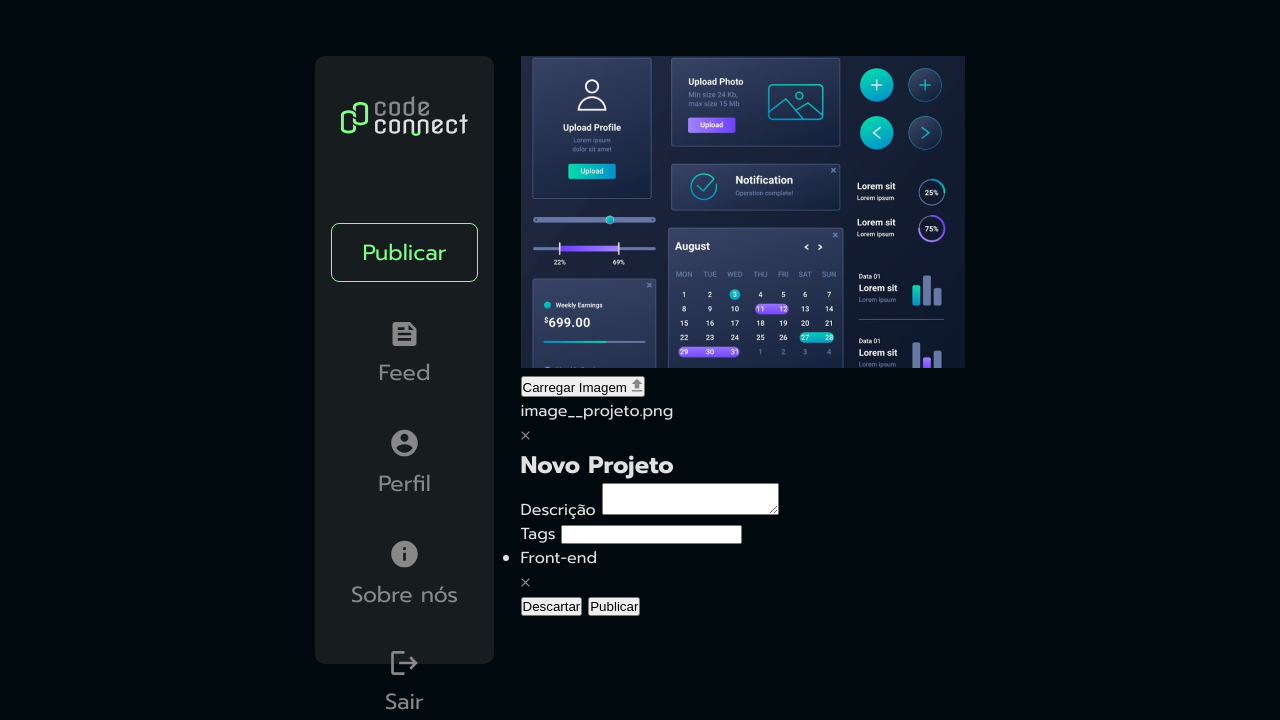
Repository: joaoPraiaJunior/async_await
Page: index.html
An editor plug-in stored every save of this project. The page is shown before and after the next save, followed by the edit.
The browser window is 1280 px wide. The pictures show the whole page.

Above is the page before, as saved 2024-08-24 19:09:10.

After the next save:
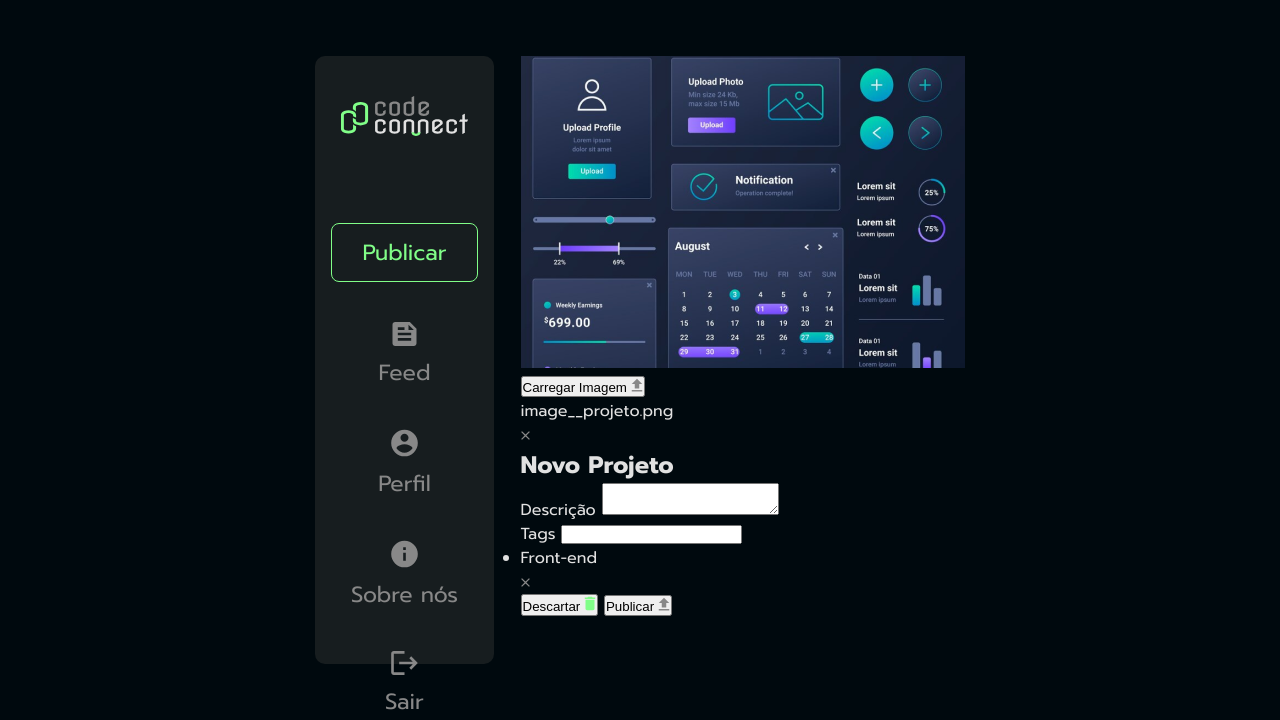
Saved 2 min 37 s later.
--- a/index.html
+++ b/index.html
@@ -63,8 +63,8 @@
                 </ul>
 
                 <div class="c-formulario__grupo">
-                    <button class="c-formulario__botao">Descartar</button>
-                    <button class="c-formulario__botao">Publicar</button>
+                    <button class="c-formulario__botao">Descartar <img src="./img/trash.svg" aria-hidden="true" alt></button>
+                    <button class="c-formulario__botao">Publicar <img src="./img/upload.svg" aria-hidden="true" alt></button>
                 </div>
             </form>
         </div>
